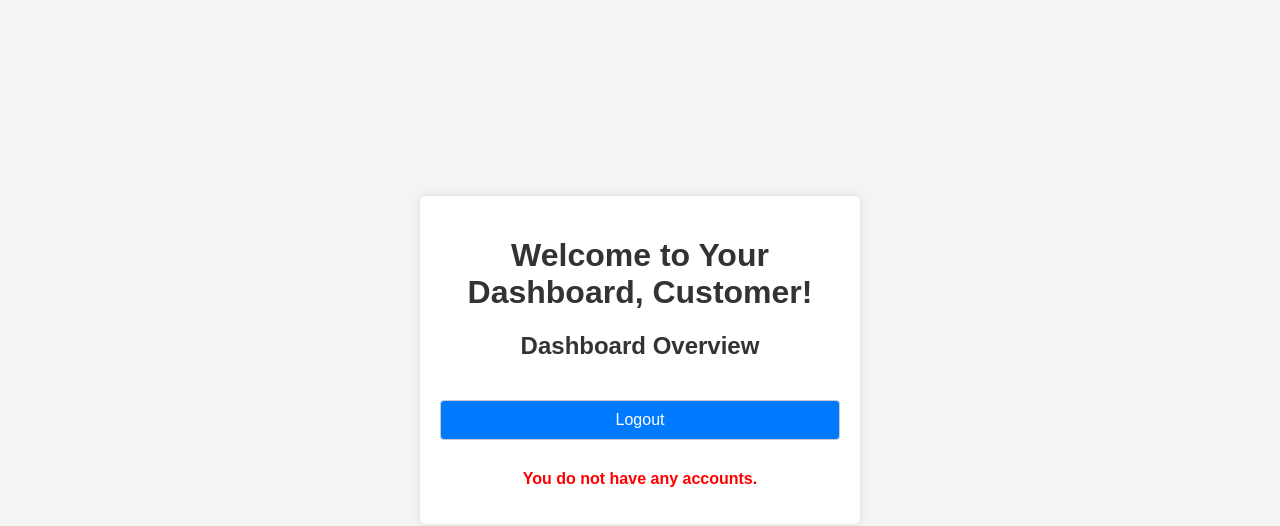
Repository: vinayakGarudi2002/swabhavTrainingProjects
Page: http://localhost/01_banking_application/customerDashboard.jsp
The author's editor kept a copy of each file at every save. The page is drawn from the files as they stood at one save, then again after the next save.
The browser window is 1280 px wide. The pictures show the whole page.
The page is served by Tomcat 9.

Above is the page before, as saved 2024-08-12 11:40:03.

After the next save:
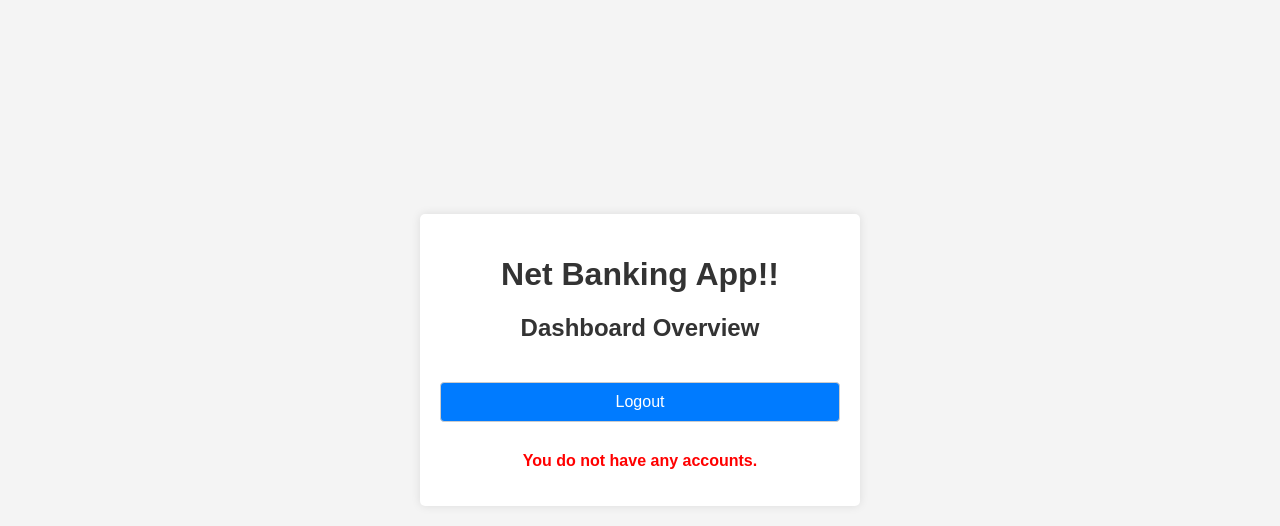
Saved 67 s later.
--- a/01_banking_application/WebContent/customerDashboard.jsp
+++ b/01_banking_application/WebContent/customerDashboard.jsp
@@ -12,7 +12,7 @@
 <body>
     <div class="dashboard-container">
         <div class="header">
-            <h1>Welcome to Your Dashboard, Customer!</h1>
+            <h1>Net Banking App!!</h1>
         </div>
         <div class="content">
             <h2>Dashboard Overview</h2>
